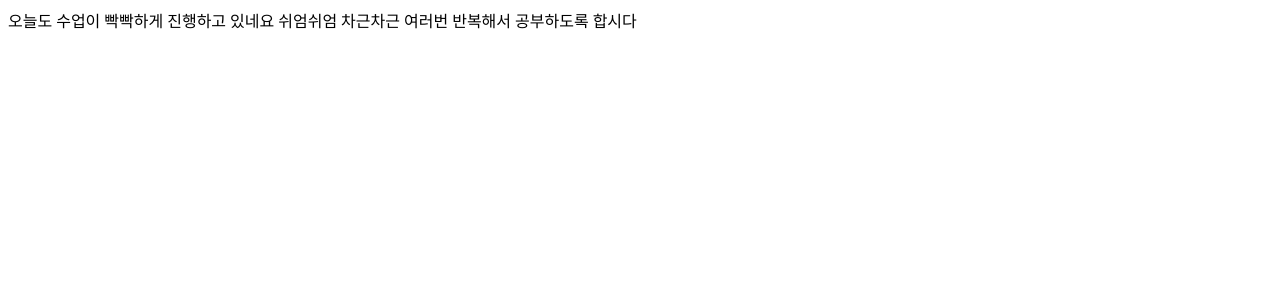
Repository: skrua3608/20201113
Page: http://localhost/20201109/include.jsp
The author's editor kept a copy of each file at every save. The page is drawn from the files as they stood at one save, then again after the next save.
The browser window is 1280 px wide. The pictures show the whole page.
The page is served by Tomcat 9.

Above is the page before, as saved 2020-11-09 01:00:21.

### 20201109/WebContent/include.jsp
<%@ page language="java" contentType="text/html; charset=UTF-8"
    pageEncoding="UTF-8"%>
<!DOCTYPE html>
<html>
<head>
<meta charset="UTF-8">
<title>Insert title here</title>
</head>
<body>
	오늘도 수업이 빡빡하게 진행하고 있네요
	쉬엄쉬엄 차근차근 여러번 반복해서 공부하도록 합시다
</body>
</html>

After the next save:
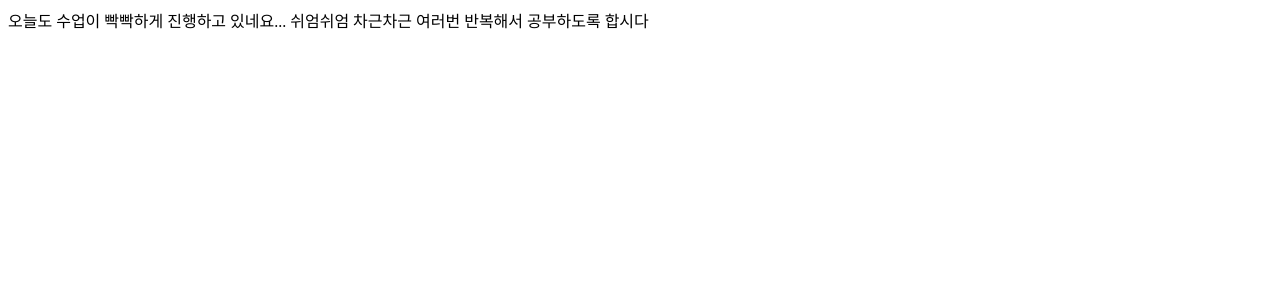
Saved 15 s later.
--- a/20201109/WebContent/include.jsp
+++ b/20201109/WebContent/include.jsp
@@ -7,7 +7,7 @@
 <title>Insert title here</title>
 </head>
 <body>
-	오늘도 수업이 빡빡하게 진행하고 있네요
+	오늘도 수업이 빡빡하게 진행하고 있네요...
 	쉬엄쉬엄 차근차근 여러번 반복해서 공부하도록 합시다
 </body>
 </html>
